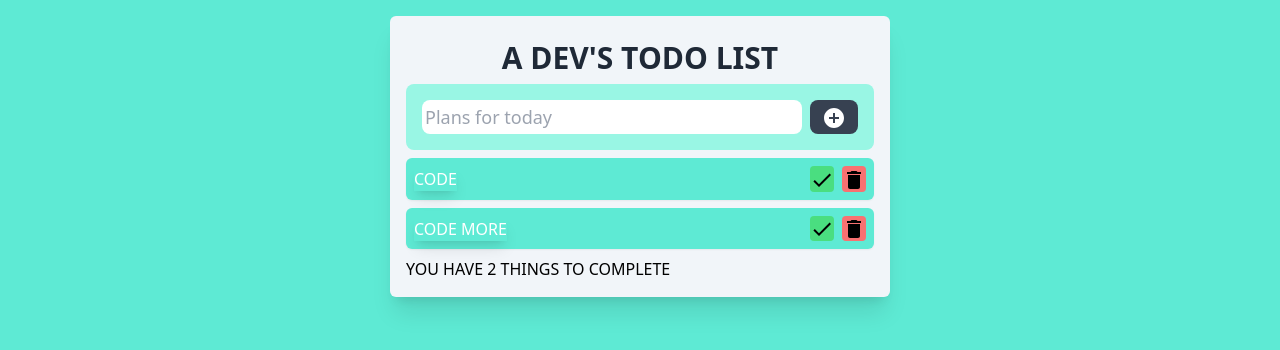
Repository: DevAntonioRogers/React-Todo-CRUD-App
Page: /
These files come from the project's save history. The page is drawn as it stood at one moment and after the next save; the edit follows.
The browser window is 1280 px wide. The pictures show the whole page.
The project was rebuilt for these pictures with package versions that can differ from the ones it lists, and the page was loaded fresh each time. Also part of the build but not shown: vite.config.ts.

Above is the page before, as saved 2023-05-14 20:06:01.

### src/App.tsx
import Form from "./components/Form";

import { useState } from "react";
import Todo from "./components/Todo";

const App = () => {
  const [todo, setTodo] = useState(["code", "code more"]);

  return (
    <div className="h-screen w-screen p-4 bg-teal-300">
      <div className="bg-slate-100 max-w-[500px] w-full m-auto rounded-md shadow-xl p-4">
        <h1 className="text-3xl font-bold text-center text-gray-800 p-2">A DEV'S TODO LIST</h1>
        <Form />
        <ul>
          {todo.map((todos, index) => (
            <Todo key={index} todos={todos} />
          ))}
        </ul>
        <p>YOU HAVE 2 THINGS TO COMPLETE</p>
      </div>
    </div>
  );
};

export default App;

### src/components/Form.tsx
import AddCircleIcon from "@mui/icons-material/AddCircle";

const Form = () => {
  return (
    <form className="flex justify-between bg-teal-200 p-4 rounded-lg items-center">
      <input className="w-full text-lg rounded-lg p-[3px]" type="text" placeholder="Plans for today" />
      <button className="ml-2 p-1 bg-gray-700 px-3 rounded-lg text-white">
        <AddCircleIcon />
      </button>
    </form>
  );
};

export default Form;

### src/components/Todo.tsx
import CheckIcon from "@mui/icons-material/Check";
import DeleteIcon from "@mui/icons-material/Delete";

interface TodoProps {
  todos: string;
}

const Todo = ({ todos }: TodoProps) => {
  return (
    <li className="p-2 bg-teal-300 my-2 rounded-md uppercase shadow-sm">
      <div className="flex items-center justify-between">
        <p className="text-white shadow-lg">{todos}</p>
        <div className="flex gap-2">
          <button className="bg-green-400 w-full rounded">
            <CheckIcon />
          </button>
          <button className="bg-red-400 w-full rounded">
            <DeleteIcon />
          </button>
        </div>
      </div>
    </li>
  );
};

export default Todo;

Loaded but not shown: index.html (common file); src/main.tsx (common file); src/index.css (common file); tailwind.config.js (common file)

After the next save:
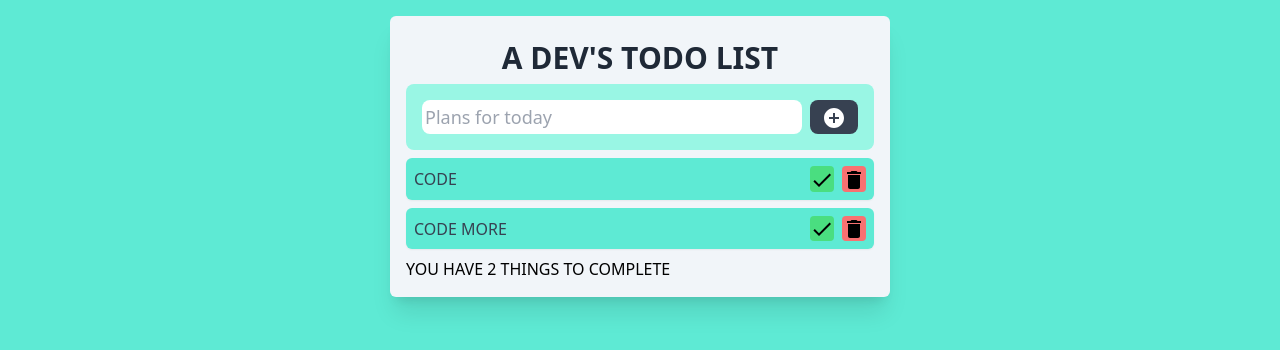
Saved 15 s later.
--- a/src/components/Todo.tsx
+++ b/src/components/Todo.tsx
@@ -9,7 +9,7 @@ const Todo = ({ todos }: TodoProps) => {
   return (
     <li className="p-2 bg-teal-300 my-2 rounded-md uppercase shadow-sm">
       <div className="flex items-center justify-between">
-        <p className="text-white shadow-lg">{todos}</p>
+        <p className="text-gray-700">{todos}</p>
         <div className="flex gap-2">
           <button className="bg-green-400 w-full rounded">
             <CheckIcon />
